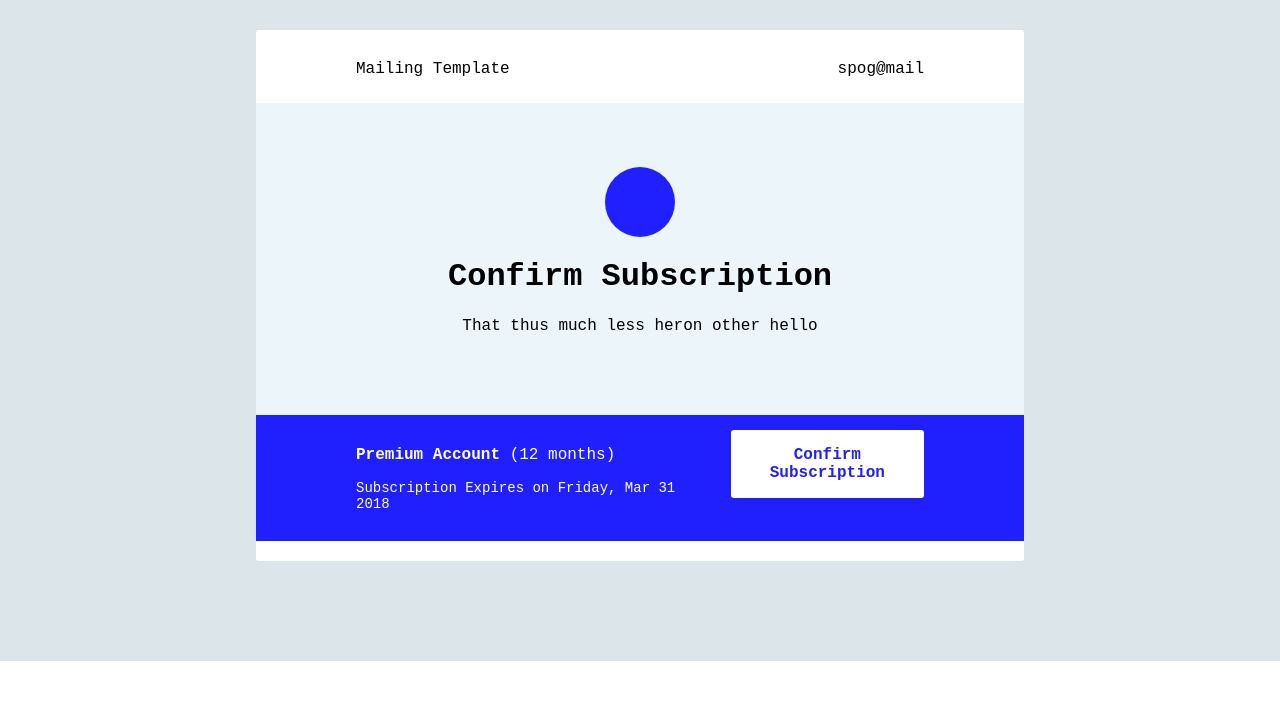
Repository: Lecon-Git/Appmail-Template
Page: mail.html
These files come from the project's save history. The page is drawn as it stood at one moment and after the next save; the edit follows.
The browser window is 1280 px wide. The pictures show the whole page.

Above is the page before, as saved 2021-11-01 21:59:44.

### mail.html
<!DOCTYPE html>
<html lang="en">

<head>
    <meta charset="UTF-8">
    <meta http-equiv="X-UA-Compatible" content="IE=edge">
    <meta name="viewport" content="width=device-width, initial-scale=1.0">
    <title>Service Confirmation</title>
    <link rel="stylesheet" href="css/mail.css">
</head>

<body>
    <div class="container">
        <div class="main">
            <div class="head_1">
                <span class="logo">Mailing Template</span>
                <span class="username">spog@mail</span>
            </div>
            <div class="subscribe">
                <div class="circle"></div>
                <h1>Confirm Subscription</h1>
                <p>That thus much less heron other hello</p>
            </div>
            <div class="premium">
                <div class="text">
                    <p><strong>Premium Account</strong> (12 months)</p>
                    <p id="small">Subscription Expires on Friday, Mar 31 2018</p>
                </div>
                <div class="sub_btn">Confirm Subscription</div>
            </div>
        </div>
    </div>
</body>

</html>

### css/mail.css
body {
    margin: 0;
    font-family: "Courier New", Courier, monospace;
}

.container {
    padding: 30px 0 100px;
    background-color: #dbe5ea;
}

.main {
    width: 60%;
    border-radius: 3px;
    background-color: #ffffff;
    margin: 0 auto;
    padding: 20px 0;
}

.head_1 {
    display: flex;
    flex-direction: row;
    padding: 10px 100px 25px;
}

.head_1 span {
    flex: 1;
}

.logo {}

.username {
    text-align: right;
}

.subscribe {
    background-color: #ebf5fa;
    padding: 64px 0;
    text-align: center;
}

.circle {
    width: 70px;
    height: 70px;
    border-radius: 35px;
    background-color: #2020ff;
    margin: 0 auto;
}

.premium {
    background-color: #2020ff;
    color: #fff;
    display: flex;
    flex-direction: row;
    padding: 15px 100px;
    align-items: baseline;
    box-sizing: border-box;
}

.text {
    flex: 2;
    font-size: 16px;
    padding-right: 20px;
    box-sizing: border-box;
}

#small {
    font-size: 14px;
}

.sub_btn {
    flex: 1;
    background-color: #fff;
    color: #2020ff;
    padding: 16px 8px;
    text-align: center;
    border-radius: 3px;
    font-weight: bolder;
}

After the next save:
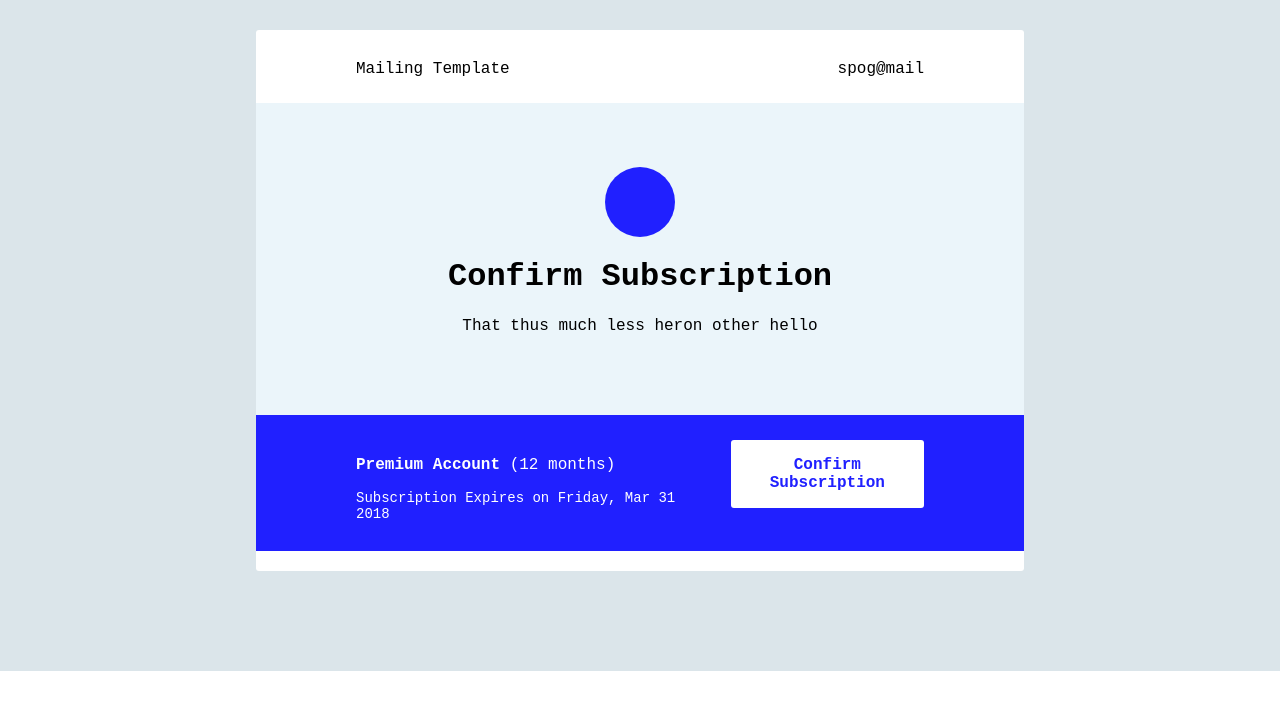
Saved 16 s later.
--- a/css/mail.css
+++ b/css/mail.css
@@ -71,6 +71,7 @@ body {
     flex: 1;
     background-color: #fff;
     color: #2020ff;
+    margin-top: 10px;
     padding: 16px 8px;
     text-align: center;
     border-radius: 3px;
